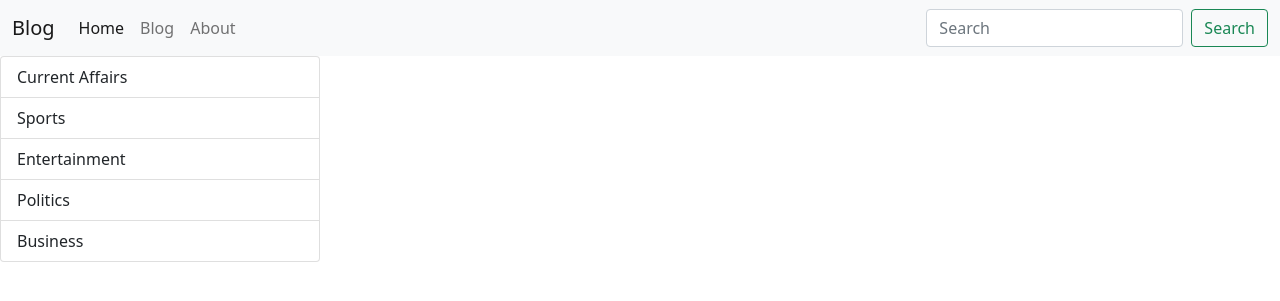
Repository: syni18/bootstrap_blog
Page: index.html
The author's editor kept a copy of each file at every save. The page is drawn from the files as they stood at one save, then again after the next save.
The browser window is 1280 px wide. The pictures show the whole page.

Above is the page before, as saved 2023-10-25 21:05:34.

After the next save:
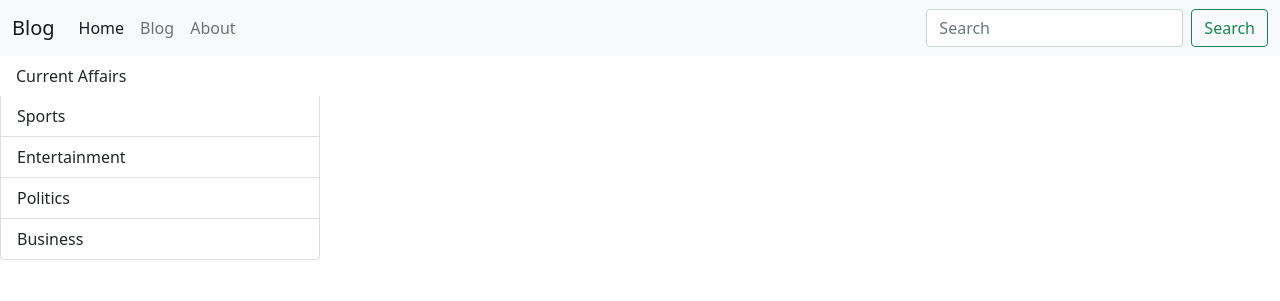
Saved 35 s later.
--- a/index.html
+++ b/index.html
@@ -90,7 +90,7 @@
     </nav>
             <div class=" w-25 p-0">
           <ul class="list-group">
-            <li class="list-group-item b-0">Current Affairs</li>
+            <li class="list-group-item border-0">Current Affairs</li>
             <li class="list-group-item">Sports</li>
             <li class="list-group-item">Entertainment</li>
             <li class="list-group-item">Politics</li>
